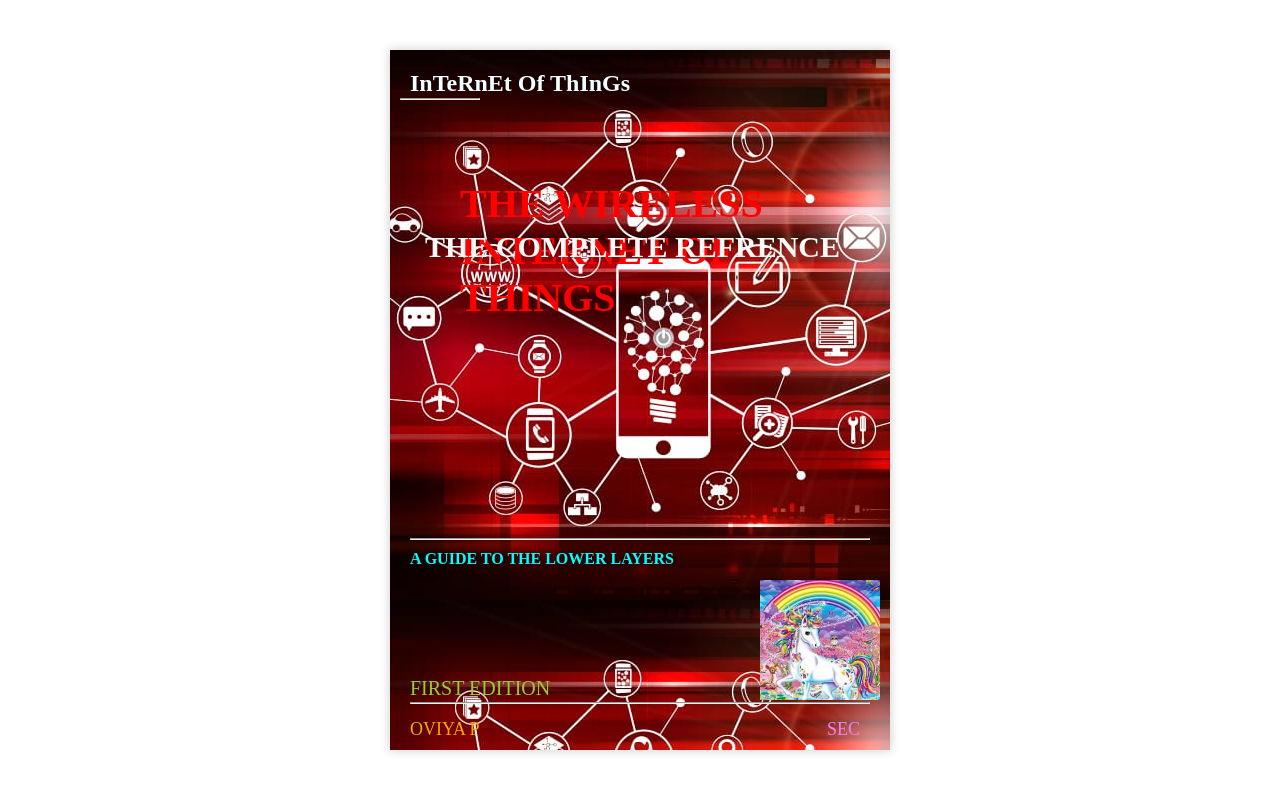
Repository: Oviya24032K6/cover
Page: oviya/coverapp/static/book.html
An editor plug-in stored every save of this project. The page is shown before and after a run of saves, followed by the edit.
The browser window is 1280 px wide. The pictures show the whole page.

Above is the page before, as saved 2024-04-07 15:59:27.

### oviya/coverapp/static/book.html
<html>
<head>
    <title>Book Cover</title>
    <style>
      body {
        margin: 0;
        padding: 0;
        background-color:white;
      }

      .book-cover {
        width: 500px;
        height: 700px;
        box-shadow: 0 0 10px rgba(0, 0, 0, 0.2);
        background-image: url(red.jpg);
        margin: 50px auto;
        position: relative;
      }

      .book-cover .insight {
        position: absolute;
        top: 20px;
        left: 20px;
        font-size: 24px;
        font-weight: bold;
        color: azure;
      }
      .book-cover .line1
      {
        position: absolute;
        top: 40px;
        left: 10px;
        width: 80px;
      }
      .book-cover .title1 {
        position: absolute;
        top: 130px;
        left: 70px;
        font-size: 40px;
        font-weight: bold;
        color: red;
      }
      .book-cover .title2 {
        position: absolute;
        top: 180px;
        left: 35px;
        font-size: 30px;
        font-weight: bold;
        color:  rgb(251, 248, 248);
      }


      .book-cover .subtitle2 {
        position: absolute;
        top: 500px;
        left: 20px;
        font-size: 16px;
        font-weight: bold;
        color: cyan;
      }

      .book-cover .line2
      {
        position: absolute;
        top: 480px;
        left: 20px;
        width: 460px;
      }
      .book-cover .line3
      {
        position: absolute;
        bottom:38px;
        left: 20px;
        width: 460px;
      }
      .book-cover .edition{
        position: absolute;
        bottom:50px;
        left:20px;
        font-size: 20px;
        color:yellowgreen;
      }


      .book-cover .author {
        position: absolute;
        bottom: 10px;
        left: 20px;
        font-size: 18px;
        color: orange;
      }

      .book-cover .end {
        position: absolute;
        bottom: 10px;
        right: 30px;
        font-size: 18px;
        color:violet;
      }
      .book-cover .mypic
      {
        position: relative;
        top:530px;
        left: 370px;
        width : 8px;
        height: 8px;
        background-size:fit;
      }



    </style>
  </head>

  <body>
    <div class="book-cover">

      <div class="insight">InTeRnEt Of ThInGs</div>
      <div class="line1"><hr style="color:blanchedalmond"></div>
      <div class="title1">THE WIRELESS INTERNET OF THINGS </div>
      <div class="title2">THE COMPLETE REFRENCE</div>
      <div class="line2"><hr style="color:blanchedalmond"></div>
      <div class="subtitle2">A GUIDE TO THE LOWER LAYERS</div>
      <div class="line3"><hr style="color:blanchedalmond"></div>
      <div class="mypic"><img src="UNIPIC.jpg"width="120" height="120" ></div>
      <div class="end">SEC</div>
      <div class="edition">FIRST EDITION</div>
      <div class="author">OVIYA P</div>

    </div>
  </body>

  </html>

After the next 2 saves:
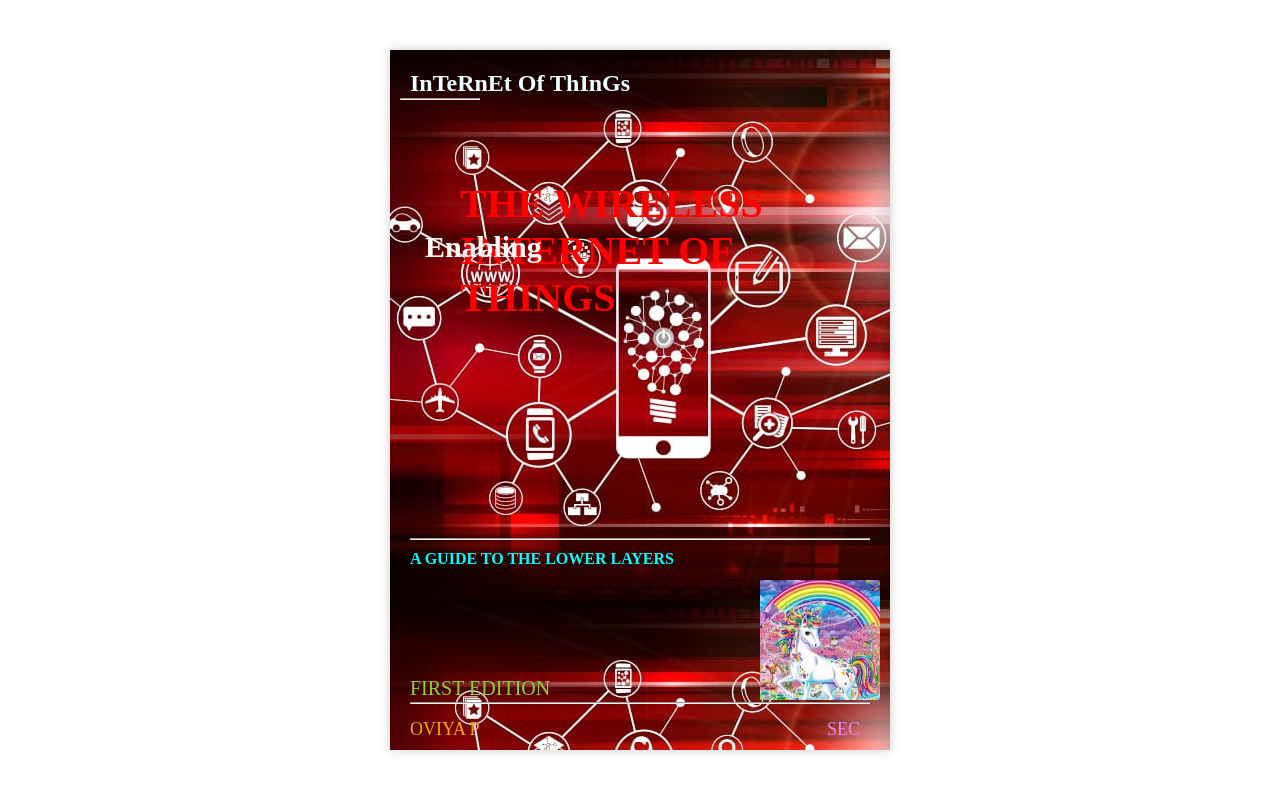
The 2 saves are shown as one change because they came seconds apart.
The last was saved 31 s later.
--- a/oviya/coverapp/static/book.html
+++ b/oviya/coverapp/static/book.html
@@ -118,7 +118,7 @@
       <div class="insight">InTeRnEt Of ThInGs</div>
       <div class="line1"><hr style="color:blanchedalmond"></div>
       <div class="title1">THE WIRELESS INTERNET OF THINGS </div>
-      <div class="title2">THE COMPLETE REFRENCE</div>
+      <div class="title2">Enabling</div>
       <div class="line2"><hr style="color:blanchedalmond"></div>
       <div class="subtitle2">A GUIDE TO THE LOWER LAYERS</div>
       <div class="line3"><hr style="color:blanchedalmond"></div>
